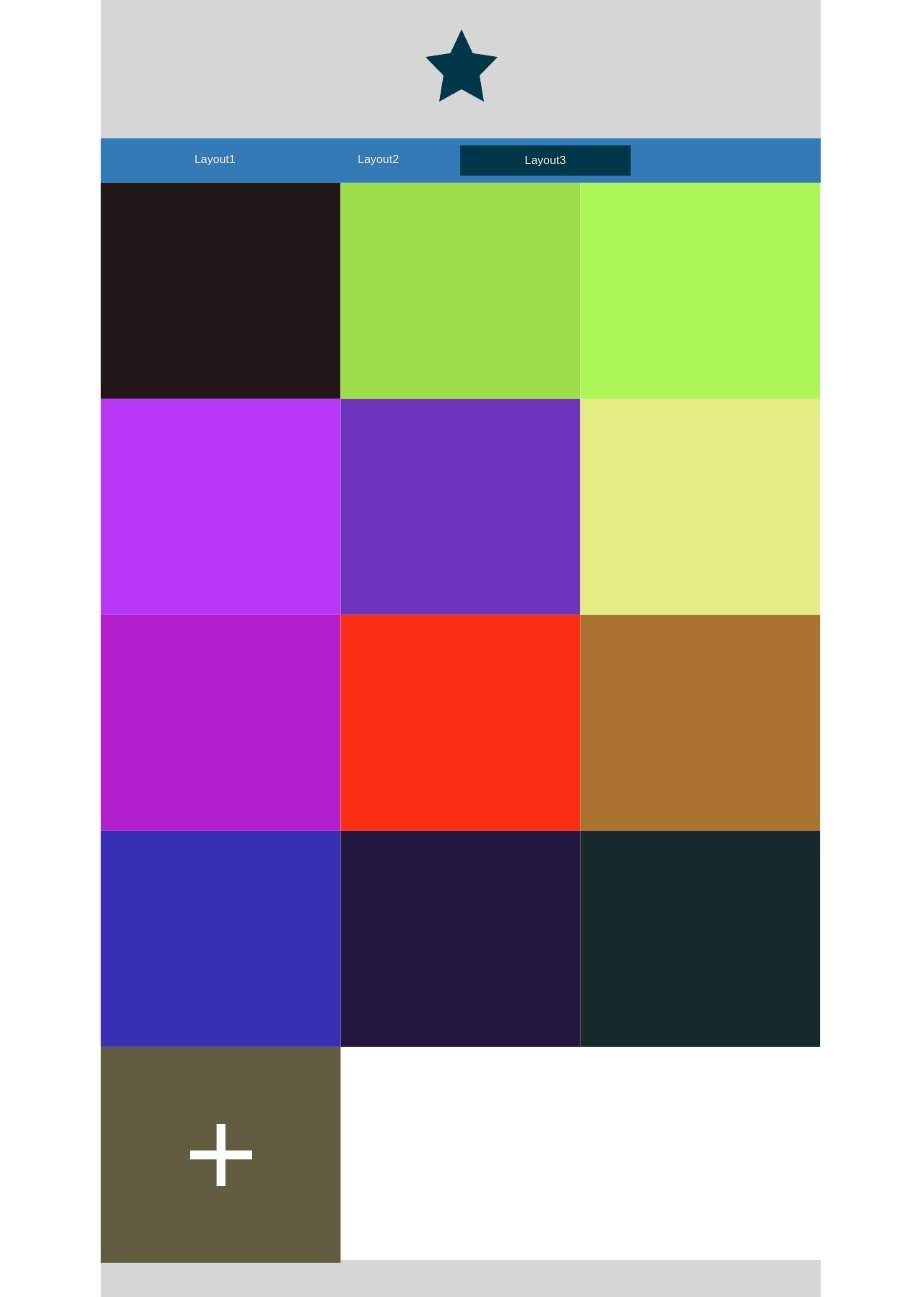
Repository: baliayassin/MyGame
Page: Documents/Aptana Studio 3 Workspace/homeWork2/layOut3.html
These files come from the project's save history. The page is drawn as it stood at one moment and after the next save; the edit follows.
The browser window is 1280 px wide. The pictures show the whole page, at 72% of full size.
Some web libraries are served in a nearby version.

Above is the page before, as saved 2017-12-13 19:08:27.

After the next save:
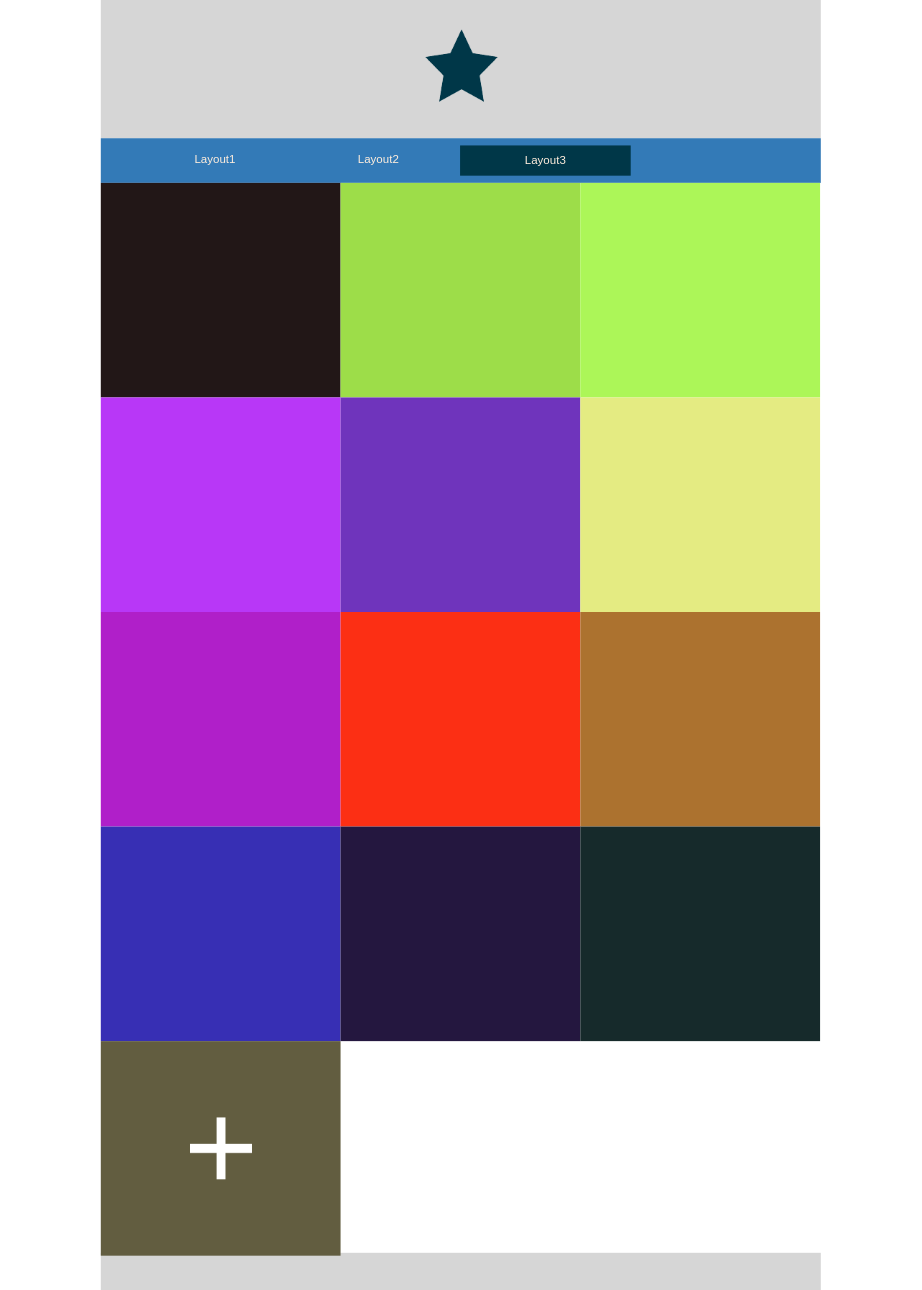
Saved 2 min 16 s later.
--- a/Documents/Aptana Studio 3 Workspace/homeWork2/includes/style.css
+++ b/Documents/Aptana Studio 3 Workspace/homeWork2/includes/style.css
@@ -397,7 +397,7 @@ main, nav, aside, footer, section, article, header {
  #wrapper3 .box{
     float:left;
     width:33.3%;
-    height: 300px;
+    height: 298px;
     cursor: pointer;
 
    }
